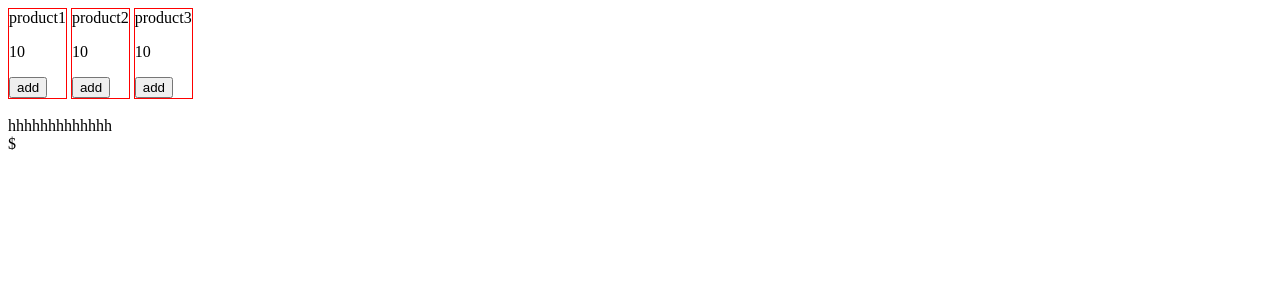
Repository: quynh232000/javascript-basic
Page: Lab5/demo.html
The author's editor kept a copy of each file at every save. The page is drawn from the files as they stood at one save, then again after the next save.
The browser window is 1280 px wide. The pictures show the whole page.
After loading, the first visible `button.btn` was clicked once.

Above is the page before, as saved 2023-07-27 22:05:27.
Console error: TypeError: Cannot read properties of null (reading 'textContent')

### Lab5/demo.html
<!DOCTYPE html>
<html lang="en">
  <head>
    <meta charset="UTF-8" />
    <meta name="viewport" content="width=device-width, initial-scale=1.0" />
    <title>Document</title>
  </head>
  <body>
    <div class="left">
      <div class="item" style="border: 1px solid red; display: inline-block">
        product1
        <div>
          <p class="price">10</p>
          <span><button class="btn">add</button></span>
        </div>
      </div>
      <div class="item" style="border: 1px solid red; display: inline-block">
        product2
        <div>
          <p class="price">10</p>

          <span><button class="btn">add</button></span>
        </div>
      </div>
      <div class="item" style="border: 1px solid red; display: inline-block">
        product3
        <div>
          <p class="price">10</p>

          <span><button class="btn">add</button></span>
        </div>
      </div>
    </div>
    <br />
    <div>hhhhhhhhhhhhh</div>
    <div class="right"></div>
    <div class="show">$</div>
    <script>
      let a = document.querySelector(".left");
      let b = document.querySelector(".right");
      let s = document.querySelector(".show");
      const btnEl = document.querySelectorAll(".btn");

      let total = 0;
      btnEl.forEach((element) => {
        element.addEventListener("click", () => {
          const elParent = element.closest(".item");
          elParent.onclick = () => {
            total += +element.querySelector(".price").textContent;
            s.textContent = total + "";
            let cloneNode = elParent.cloneNode(true);
            b.appendChild(cloneNode);
            cloneNode.querySelector(".btn").textContent = "delete";
          };
        });
      });
    </script>
  </body>
</html>

After the next save:
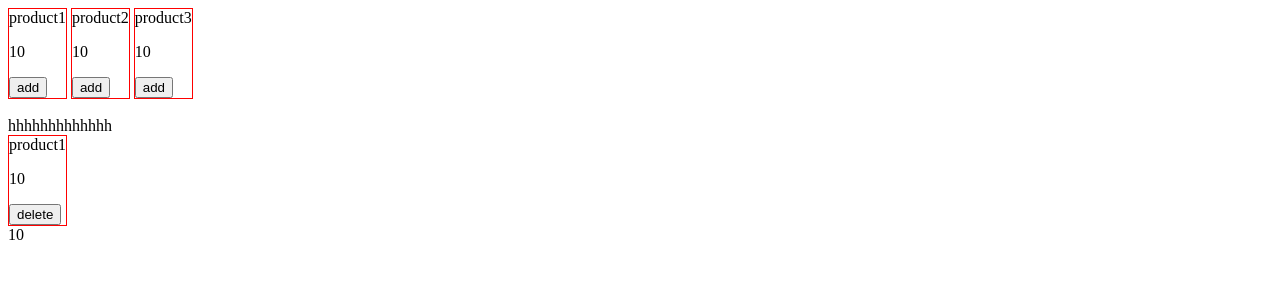
The error is gone.
Saved 8 s later.
--- a/Lab5/demo.html
+++ b/Lab5/demo.html
@@ -46,7 +46,7 @@
         element.addEventListener("click", () => {
           const elParent = element.closest(".item");
           elParent.onclick = () => {
-            total += +element.querySelector(".price").textContent;
+            total += +elParent.querySelector(".price").textContent;
             s.textContent = total + "";
             let cloneNode = elParent.cloneNode(true);
             b.appendChild(cloneNode);
